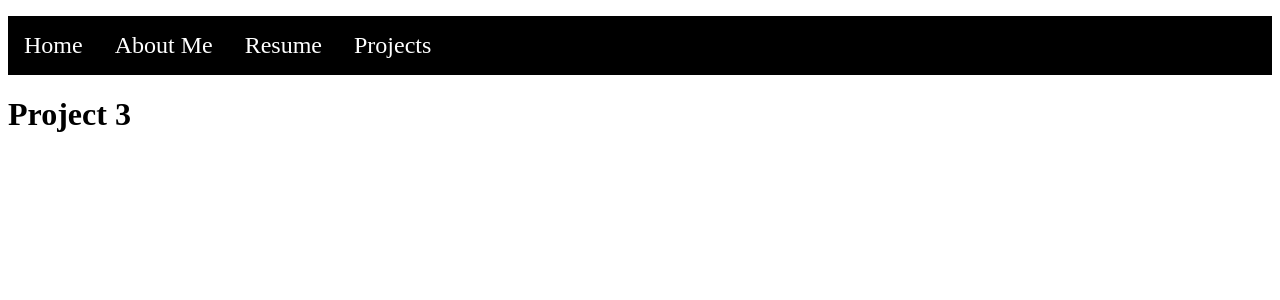
Repository: meganclapinski/meganclapinski.github.io
Page: project3.html
The author's editor kept a record of every edit. The page is drawn from the files as they stood at one moment, then again after the next edit.
The browser window is 1280 px wide. The pictures show the whole page.

Above is the page before.

### project3.html
<!DOCTYPE html>
<html>
   <head>
   <title>Megan's Portfolio </title>

   <link rel="stylesheet" type="text/css" href="style.css">

   </head>
   <body>
        <ul class="navbar">
            <li> <a href="index.html" >Home</a></li>
             <li> <a href="aboutme.html">About Me</a></li>
            <li> <a href="resume.html" >Resume</a></li>


            <li class= "dropdown">
              <div>Projects</div>
              <ul class="dropdown-content">
                  <li><a href="project1.html">Project 1</a></li>
                  <li><a href="project2.html">Project 2</a></li>
                  <li class="active"><a href="project3.html">Project 3</a></li>
                  </ul>
            </li>

        </ul>

        <h1>Project 3</h1>

### style.css
 .navbar{
           list-style:none;
           background-color:black;
           overflow: hidden;
           padding: 0;
       }
       .navbar a, .dropdown div {
           text-decoration:none;
           color:white;
           font-size: 24px;
           padding: 16px ;
           display:inline-block ;
       }
       .navbar li{
           float:left;

       }
       .navbar li:hover{
           background-color:red;
       }
       .dropdown-content{
           list-style:none;
           padding:0;
           display:none;
           position:absolute;
           z-index:1;
           background-color:black;
       }
       .dropdown-content li{
           float:none;

       }
       .dropdown:hover .dropdown-content{
           display:block;
       }
        .active {
           background-color:green;
       }

After the next edit:
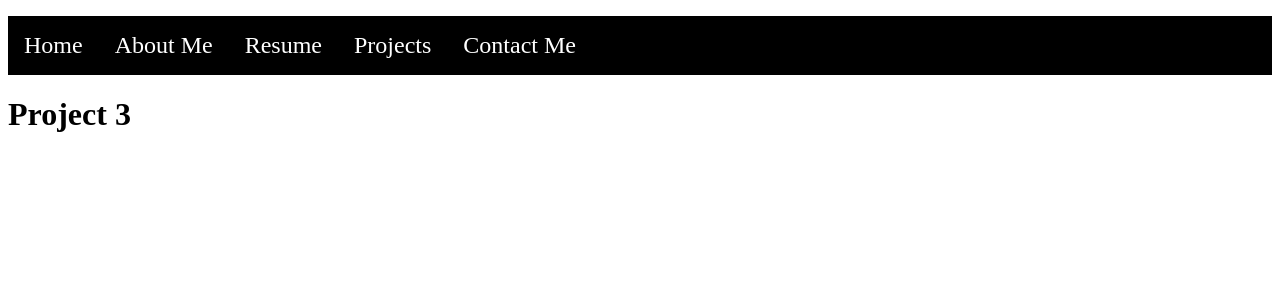
The edit:
--- a/project3.html
+++ b/project3.html
@@ -21,7 +21,7 @@
                   <li class="active"><a href="project3.html">Project 3</a></li>
                   </ul>
             </li>
-
+             <li> <a href="contactme.html">Contact Me</a></li>
         </ul>
 
         <h1>Project 3</h1>
